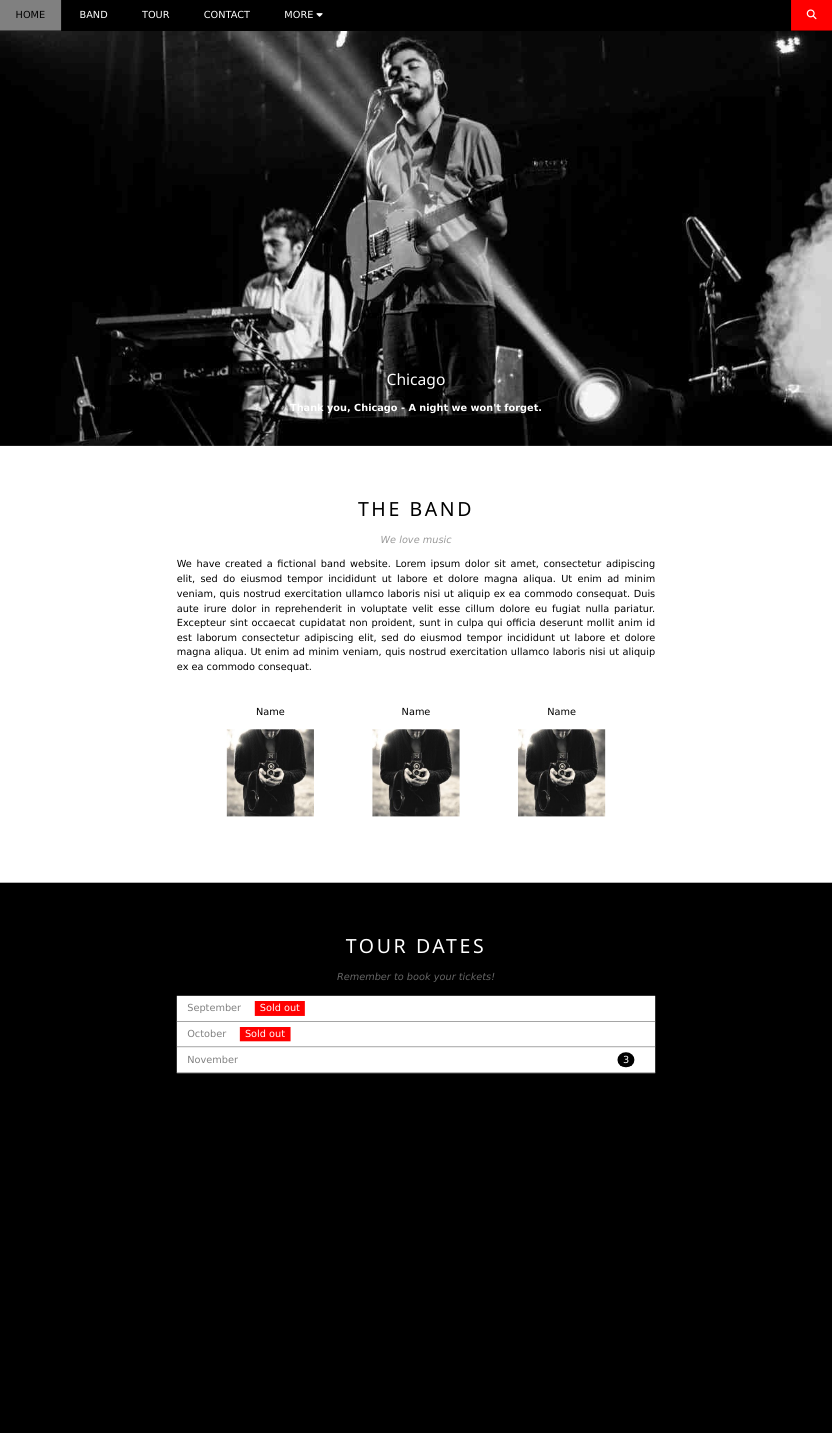
Repository: ngotranphuongbao/theband
Page: index.html
These files come from the project's save history. The page is drawn as it stood at one moment and after the next save; the edit follows.
The browser window is 1280 px wide. The pictures show the whole page, at 65% of full size.
Some web libraries are served in a nearby version.

Above is the page before, as saved 2022-12-22 00:22:29.

### index.html
<!DOCTYPE html>
<html lang="en">
<head>
    <meta charset="UTF-8">
    <meta http-equiv="X-UA-Compatible" content="IE=edge">
    <meta name="viewport" content="width=device-width, initial-scale=1.0">
    <title>Document</title>
    <link rel="stylesheet" href="./assets/css/style.css">
    <script src="https://kit.fontawesome.com/55a0c61423.js" crossorigin="anonymous"></script>
    <link rel="stylesheet" href="./assets/themify-icons/themify-icons.css">
    <link rel="stylesheet" href="https://www.w3schools.com/w3css/4/w3.css">
</head>
<body>
    <div id="main">
        <div id="header">
            <ul id="nav">
                <li><a href="">Home</a></li>
                <li><a href="">Band</a></li>
                <li><a href="">Tour</a></li>
                <li><a href="">Contact</a></li>
                <li>
                    <a href="">
                        More
                        <i class="fa fa-caret-down"></i>
                    </a>
                    <ul id="subnav">
                        <li><a href="">Merchandise</a></li>
                        <li><a href="">Extras</a></li>
                        <li><a href="">Media</a></li>
                    </ul>
                </li>
            </ul>
            <div id="search">
                <i class="fa fa-search"></i>
            </div>
        </div>

        <div id="slider">
            <div id="slider-caption">
                <h3>Chicago</h3>
                <p><b>Thank you, Chicago - A night we won't forget.</b></p>
            </div>

        </div>

        <div id="content">
            <div id="the-band">
                <div id="the-band-main">
                    <h2 class="content-title">The Band</h2>
                    <p class="content-subtitle">We love music</p>
                    <p id="describe">We have created a fictional band website. Lorem ipsum dolor sit amet, consectetur adipiscing elit, sed do eiusmod tempor incididunt ut labore et dolore magna aliqua. Ut enim ad minim veniam, quis nostrud exercitation ullamco laboris nisi ut aliquip ex ea commodo consequat. Duis aute irure dolor in reprehenderit in voluptate velit esse cillum dolore eu fugiat nulla pariatur. Excepteur sint occaecat cupidatat non proident, sunt in culpa qui officia deserunt mollit anim id est laborum consectetur adipiscing elit, sed do eiusmod tempor incididunt ut labore et dolore magna aliqua. Ut enim ad minim veniam, quis nostrud exercitation ullamco laboris nisi ut aliquip ex ea commodo consequat.</p>
                    <div id="member">
                        <div class="member-info">
                            <p class="member-name">Name</p>
                            <img src="/assets/image/member/bandmember.jpg" alt="" class="member-photo">
                        </div>

                        <div class="member-info">
                            <p class="member-name">Name</p>
                            <img src="/assets/image/member/bandmember.jpg" alt="" class="member-photo">
                        </div>

                        <div class="member-info">
                            <p class="member-name">Name</p>
                            <img src="/assets/image/member/bandmember.jpg" alt="" class="member-photo">
                        </div>
                    </div>
                </div>
            </div>

            <div id="tour-dates">
                <div id="tour-dates-main">
                    <h2 class="content-title">Tour dates</h2>
                    <p class="content-subtitle">Remember to book your tickets!</p>
                    <ul id="booking">
                        <li>
                            September
                            <div class="sold-out">Sold out</div>
                        </li>
                        <li>
                            October
                            <div class="sold-out">Sold out</div>
                        </li>
                        <li>
                            November
                            <span class="w3-badge">3</span>
                        </li>
                    </ul>
                    <div id="location">
                        <div class="location-info">

                        </div>

                        <div id="location-info-center" class="location-info">

                        </div>

                        <div class="location-info">

                        </div>
                    </div>
                </div>


            </div>

            <div id="contact">



            </div>

            <div id="picture">

            </div>

        </div>

        <div id="footer">

        </div>
    </div>

</body>
</html>

### assets/css/style.css
* {
    padding: 0px;
    margin: 0px;
    box-sizing: border-box;
}

html {
    font-family: Arial, Helvetica, sans-serif;
}

#main {

}

#header {
    height: 46.5px;
    background-color: black;
    position: fixed;
    top: 0px;
    left: 0px;
    right: 0px;
    z-index: 1;
}

#nav {
    display: inline-block;
}
#nav > li {
    display: inline-block;
    padding: 12px 24px;
    position: relative;
}

#nav > li > a {
    line-height: 22.5px;
    text-decoration: none;
    text-transform: uppercase;
    color: white;
}

#nav > li:hover {
    background-color: grey;
}

#nav > li:hover > a {
    color: black;
}

#subnav {
    display: none;
    position: absolute;
    top: 45px;
    left: 0px;
    box-shadow: 0px 0px 10px rgba(0, 0, 0, 0.3);
    background-color: white;
}

#subnav > li {
    display: block;
    width: 160px;
    height: 38.5px;
    padding: 8px 16px;
}

#subnav > li:hover {
    background-color: grey;
}

#nav > li:hover > #subnav {
    display: block;
}

#subnav > li > a {
    text-decoration: none;
    color: black;
}

.fa-caret-down {
    width: 8.575px;
    height: 15px;
}

#search {
    float: right;
    padding: 12px 24px;
    background-color: red;
    cursor: pointer;
}

.fa-search {
    line-height: 22.5px;
    color: white;
}
#slider {
    margin-top: 45.6px;
    padding-top: 50%;
    background: url(/assets/image/slider/chicago.jpg) top center / cover no-repeat;
    position: relative;
}

#slider-caption {
    position: absolute;
    bottom: 32px;
    width: 100%;
    text-align: center;
}

#slider-caption > p {
    margin: 15px;
    color: white;
}

#slider-caption > h3 {
    margin-bottom: 10px;
    color: white;
    font-weight: 400;
    font-size: 24px;
}


#content {

}

#the-band {
    height: 672px;
}

#the-band-main {
    width: 768px;
    height: 100%;
    padding: 64px 16px;
    margin: auto;
}

.content-title {
    text-align: center;
    margin: 10px;
    text-transform: uppercase;
    letter-spacing: 4px;
    font-weight: 400;
}

.content-subtitle {
    text-align: center;
    margin: 15px;
    font-style: italic;
    opacity: 0.4;
}

#describe {
    text-align: justify;
    margin-bottom: 15px;

}

#member {
    height: 286px;
    text-align: center;
    margin: 32px;
}

.member-info {
    display: inline-block;
    width: calc(100%/3);
    float: left;
}

.member-photo {
    width: 60%;
    margin-bottom: 16px;
}

.member-name {
    margin: 15px;
}

#tour-dates {
    height: 846px;
    background-color: black;
}

#tour-dates-main {
    width: 768px;
    height: 100%;
    color: white;
    margin: auto;
    padding: 64px 16px;
}

#booking {
    margin-top: 18.4px;
    background-color: white;

}

#booking > li {
    display: block;
    color: grey;
    padding: 8px 16px;
    border-bottom: 1px solid #757575;
}

.sold-out {
    margin-left: 16px;
    padding: 0px 8px;
    background-color: red;
    display: inline-block;
    color: white;
}

.w3-badge {
    float: right;
    margin-right: 16px;
}

#location {
    height: 469px;
    padding: 32px 0px;
    margin: auto;
}

.location-info {
    display: inline-block;
    float: left;
    width: calc((100% - 32px) / 3);
    background-color: white;
    margin: auto;
    margin-bottom: 16px;
}

#location-info-center {
    margin: 0px 16px;
}
#footer {

}

Loaded but not shown: assets/themify-icons/themify-icons.css (common file)

After the next save:
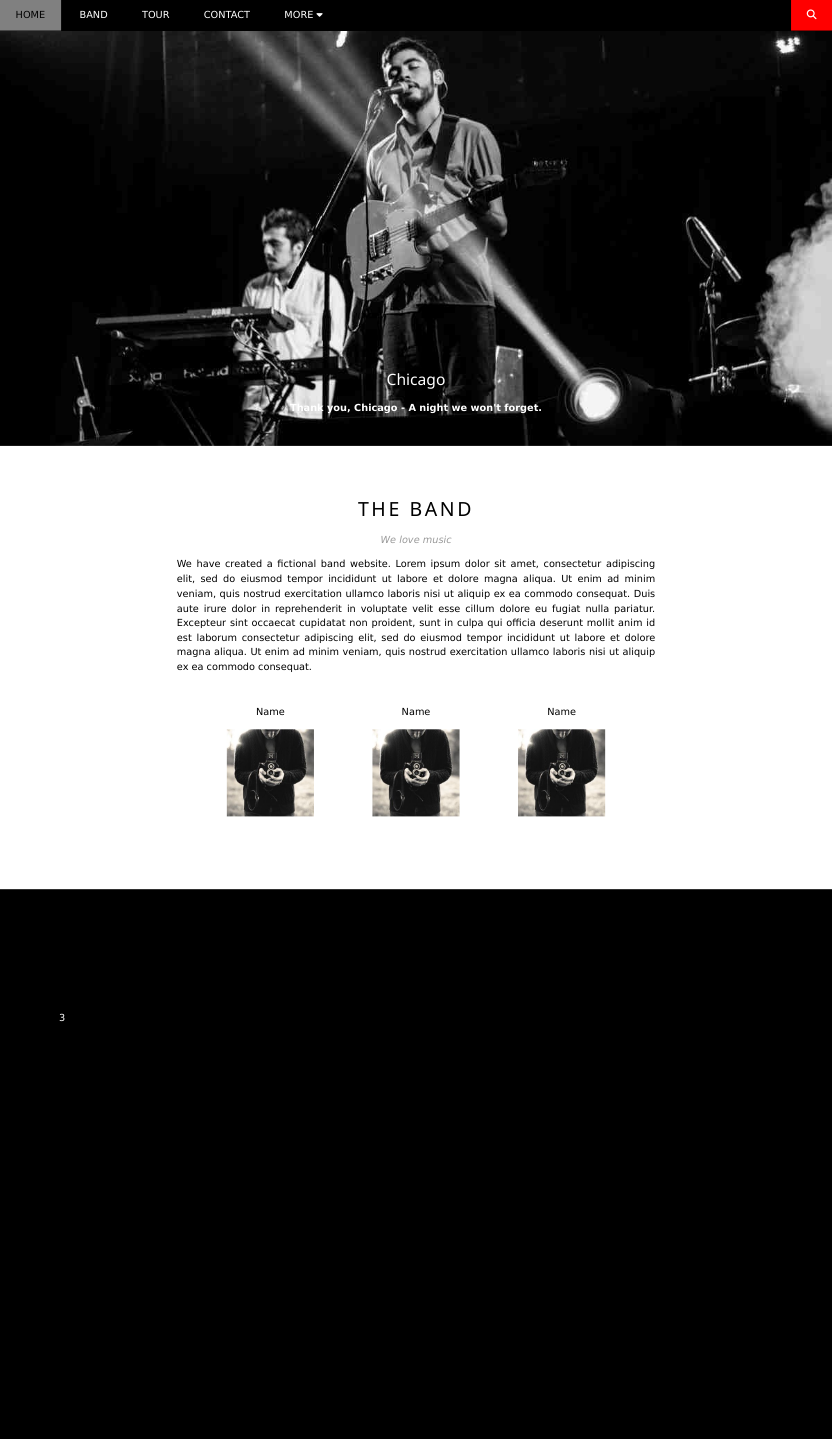
Saved 107 min 10 s later.
--- a/assets/css/style.css
+++ b/assets/css/style.css
@@ -179,59 +179,6 @@ html {
     height: 846px;
     background-color: black;
 }
-
-#tour-dates-main {
-    width: 768px;
-    height: 100%;
-    color: white;
-    margin: auto;
-    padding: 64px 16px;
-}
-
-#booking {
-    margin-top: 18.4px;
-    background-color: white;
-
-}
-
-#booking > li {
-    display: block;
-    color: grey;
-    padding: 8px 16px;
-    border-bottom: 1px solid #757575;
-}
-
-.sold-out {
-    margin-left: 16px;
-    padding: 0px 8px;
-    background-color: red;
-    display: inline-block;
-    color: white;
-}
-
-.w3-badge {
-    float: right;
-    margin-right: 16px;
-}
-
-#location {
-    height: 469px;
-    padding: 32px 0px;
-    margin: auto;
-}
-
-.location-info {
-    display: inline-block;
-    float: left;
-    width: calc((100% - 32px) / 3);
-    background-color: white;
-    margin: auto;
-    margin-bottom: 16px;
-}
-
-#location-info-center {
-    margin: 0px 16px;
-}
 #footer {
 
 }
